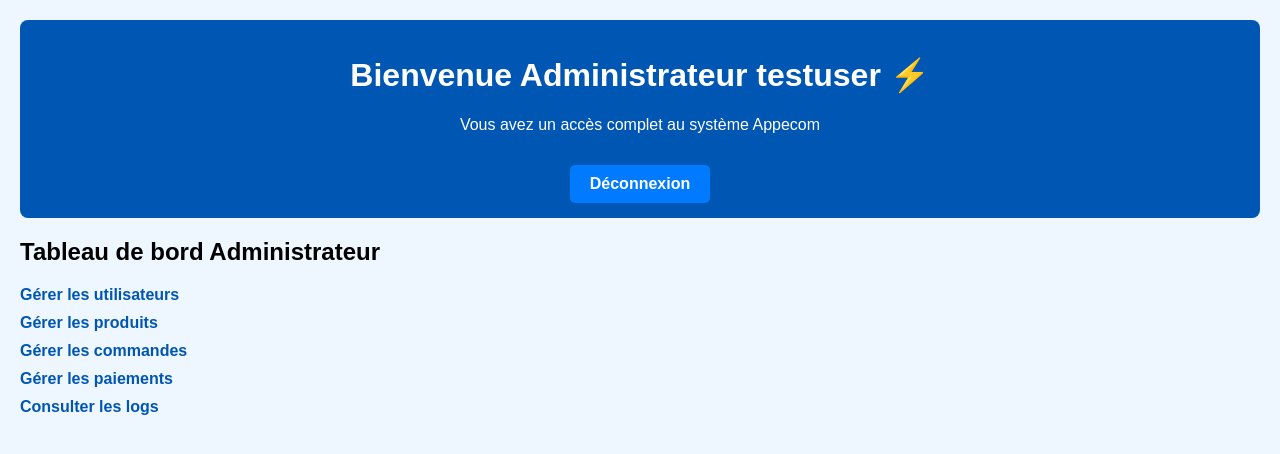
Repository: ROOSVELTTEUBOU/Projet-dev
Page: http://localhost/fonction_interne/dashboard_admin.php
An editor plug-in stored every save of this project. The page is shown before and after the next save, followed by the edit.
The browser window is 1280 px wide. The pictures show the whole page.
The page is run by PHP 8.4 with error messages shown; the project is at /var/www/html/. The session is filled in as if someone had signed in: {"id_utilisateur": 1, "user": "testuser"}.

Above is the page before, as saved 2026-02-20 12:30:19.

After the next save:
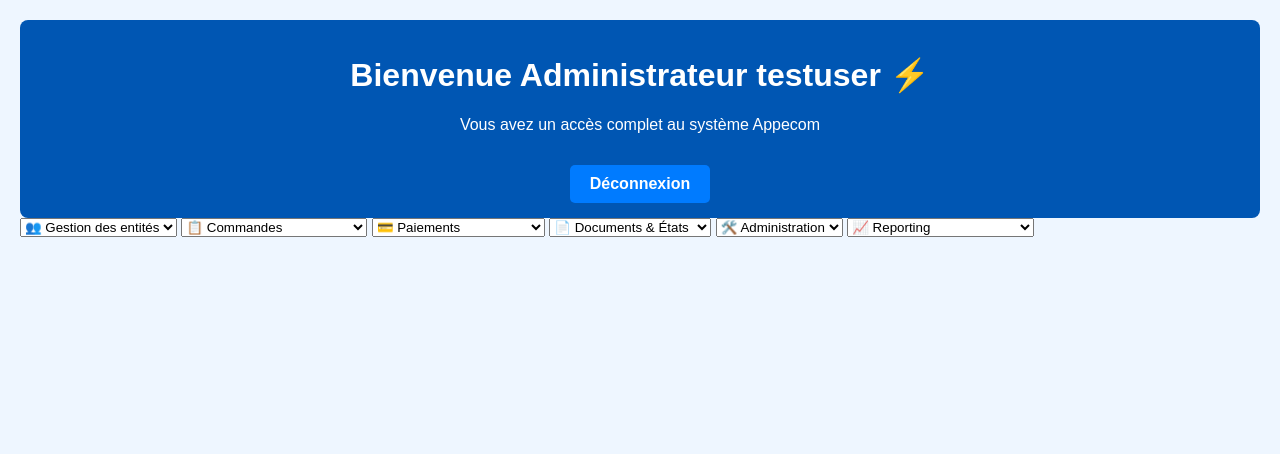
Saved 4 min 18 s later.
--- a/fonction_interne/dashboard_admin.php
+++ b/fonction_interne/dashboard_admin.php
@@ -36,15 +36,58 @@
     <a href="logout.php" class="logout">Déconnexion</a>
   </header>
 
-  <main>
-    <h2>Tableau de bord Administrateur</h2>
-    <ul>
-      <li><a href="gestion_utilisateurs.php">Gérer les utilisateurs</a></li>
-      <li><a href="gestion_produits.php">Gérer les produits</a></li>
-      <li><a href="gestion_commandes.php">Gérer les commandes</a></li>
-      <li><a href="gestion_paiements.php">Gérer les paiements</a></li>
-      <li><a href="logs.php">Consulter les logs</a></li>
-    </ul>
-  </main>
+  <nav>
+    <!-- Module 1 : Gestion des entités -->
+    <div class="nav-left">
+      <select onchange="window.location.href=this.value">
+        <option value="">👥 Gestion des entités</option>
+        <option value="produits.php">📦 Produits</option>
+        <option value="familles.php">🧬 Familles</option>
+        <option value="clients.php">🧑‍💼 Clients</option>
+        <option value="fournisseurs.php">🏢 Fournisseurs</option>
+        <option value="utilisateurs.php">🔐 Utilisateurs</option>
+      </select>
+
+      <!-- Module 2 : Gestion des commandes -->
+      <select onchange="window.location.href=this.value">
+        <option value="">📋 Commandes</option>
+        <option value="commande_client.php">🛒 Commande Client</option>
+        <option value="commande_fournisseur.php">🚚 Commande Fournisseur</option>
+        <option value="approvisionnement.php">🔄 Approvisionnement</option>
+      </select>
+
+      <!-- Module 3 : Gestion des paiements -->
+      <select onchange="window.location.href=this.value">
+        <option value="">💳 Paiements</option>
+        <option value="paiement_client.php">👛 Paiement Client</option>
+        <option value="paiement_fournisseur.php">💼 Paiement Fournisseur</option>
+      </select>
+
+      <!-- Module 4 : Documents et états -->
+      <select onchange="window.location.href=this.value">
+        <option value="">📄 Documents & États</option>
+        <option value="bon_commande.php">📝 Bon de commande</option>
+        <option value="bon_livraison.php">📦 Bon de livraison</option>
+        <option value="bon_reception.php">📥 Bon de réception</option>
+        <option value="facture_client.php">🧾 Facture Client</option>
+        <option value="facture_fournisseur.php">📃 Facture Fournisseur</option>
+      </select>
+
+      <!-- Module 5 : Administration -->
+      <select onchange="window.location.href=this.value">
+        <option value="">🛠️ Administration</option>
+        <option value="roles.php">🔧 Rôles</option>
+        <option value="droits.php">🛡️ Droits</option>
+        <option value="logs.php">📚 Journalisation</option>
+      </select>
+
+      <!-- Module 7 : Reporting et statistiques -->
+      <select onchange="window.location.href=this.value">
+        <option value="">📈 Reporting</option>
+        <option value="ventes_journalieres.php">📉 Ventes journalières</option>
+        <option value="stats_produits.php">📊 Produits les plus vendus</option>
+        <option value="stats_clients.php">👥 Clients actifs</option>
+      </select>
+    </div>
 </body>
 </html>
